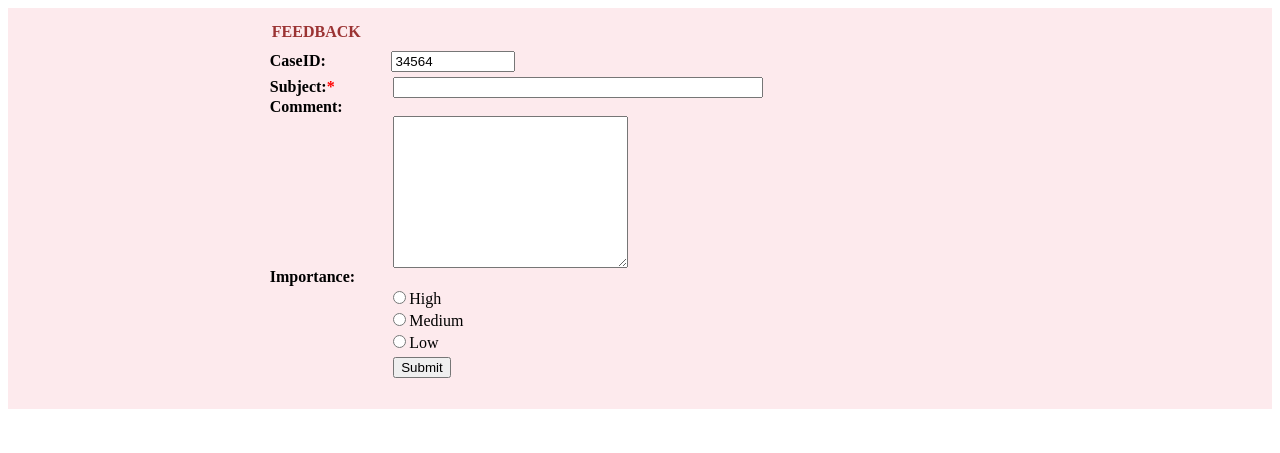
Repository: vRia4/INST728J-Victoria-Nathaniel
Page: Assignments/feedback.html
The author's editor kept a copy of each file at every save. The page is drawn from the files as they stood at one save, then again after a run of saves.
The browser window is 1280 px wide. The pictures show the whole page.

Above is the page before, as saved 2023-07-25 11:36:45.

After the next 4 saves:
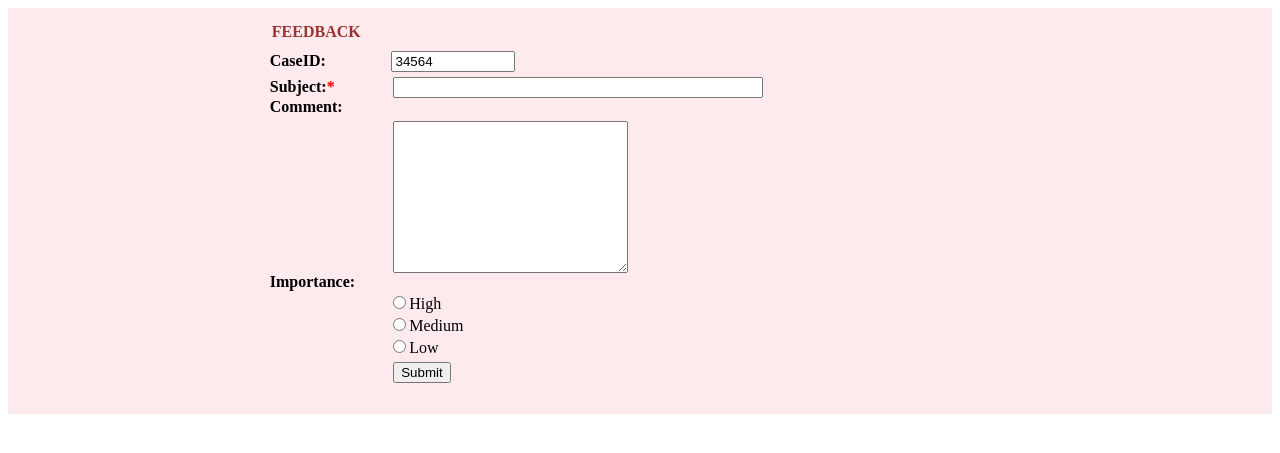
The 4 saves are shown as one change because they came seconds apart.
The last was saved 10 s later.
--- a/Assignments/feedback.html
+++ b/Assignments/feedback.html
@@ -36,7 +36,7 @@
             width: 19%;
             margin-left: 30%;
             padding: 0px;
-            mar
+            margin-top: 5px;
         }
 
         input[type="radio"], input[type="submit"]{
